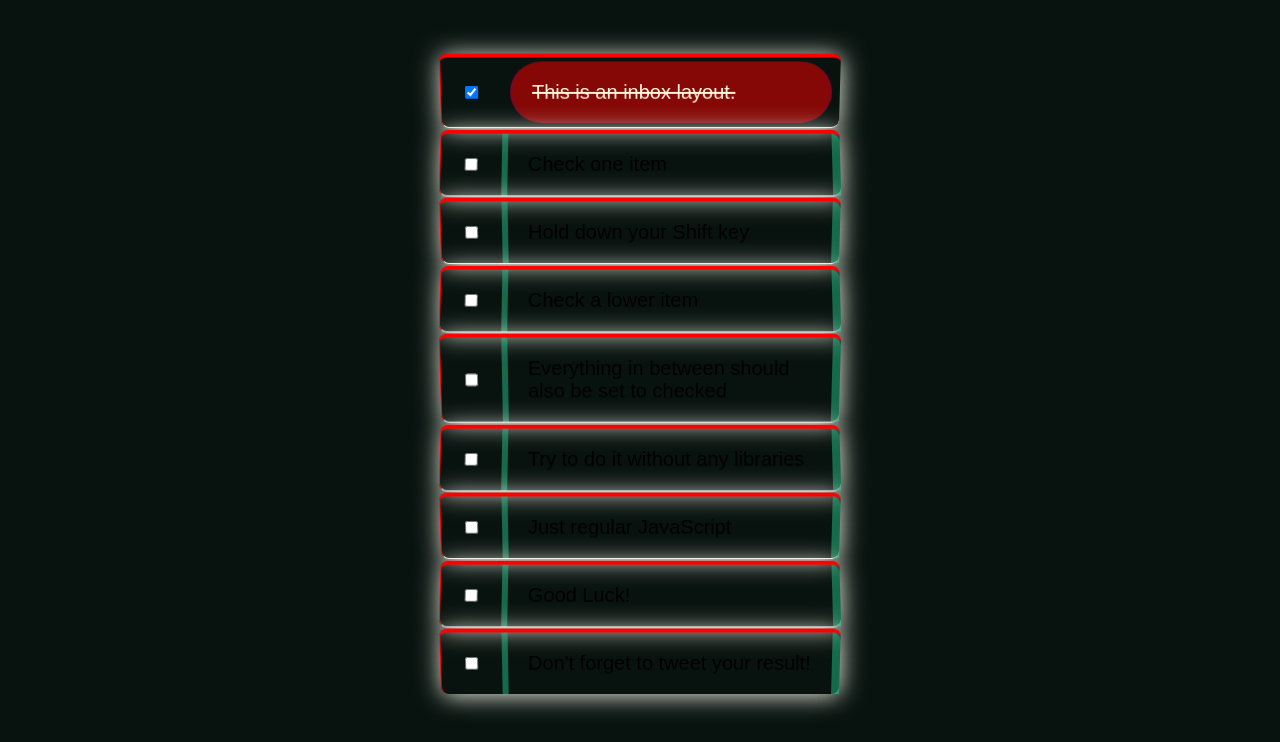
Repository: Freezler/Shift-Select-Checkboxes
Page: index.html
An editor plug-in stored every save of this project. The page is shown before and after the next save, followed by the edit.
The browser window is 1280 px wide. The pictures show the whole page.
The first `input` is checked.

Above is the page before, as saved 2024-09-07 22:46:55.

After the next save:
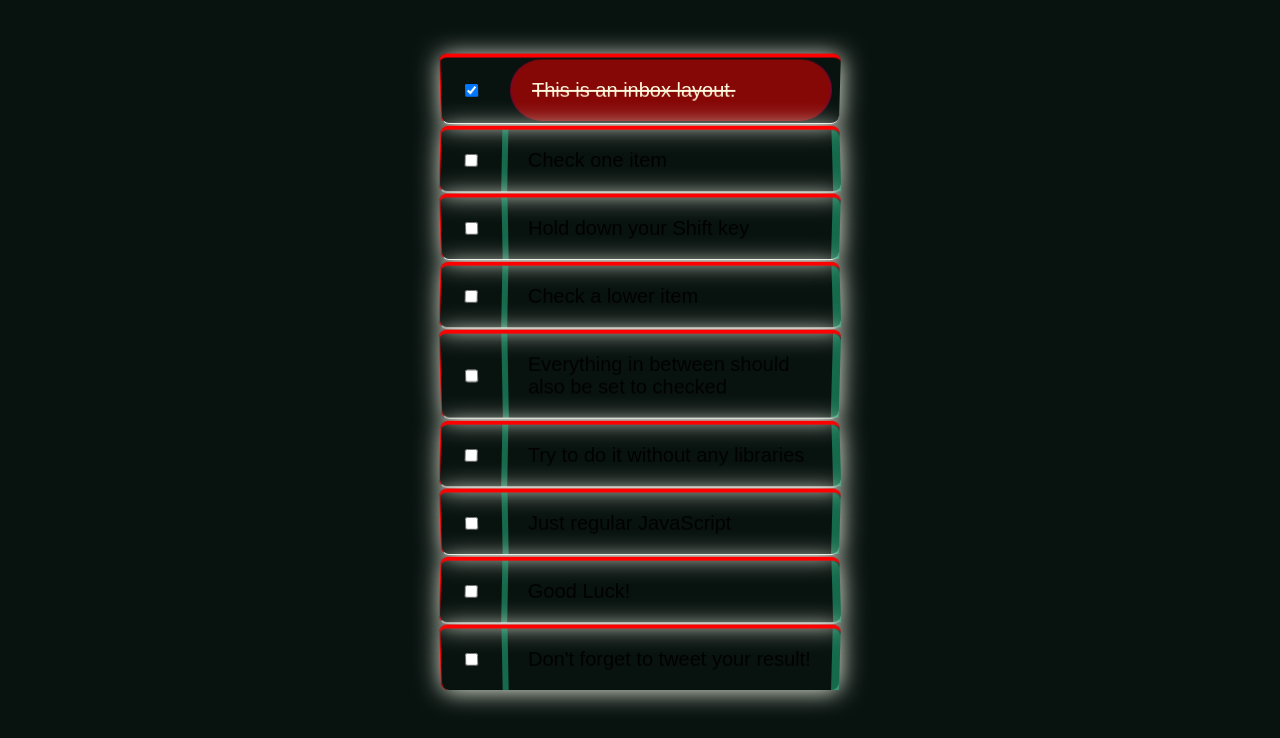
Saved 12 s later.
--- a/index.html
+++ b/index.html
@@ -59,7 +59,7 @@
       transition: all 0.9s ease-in-out;
       border-radius: 99px;
       margin-inline: 8px;
-      margin-block: 4px;
+      margin-block: 2px;
 
     }
 
